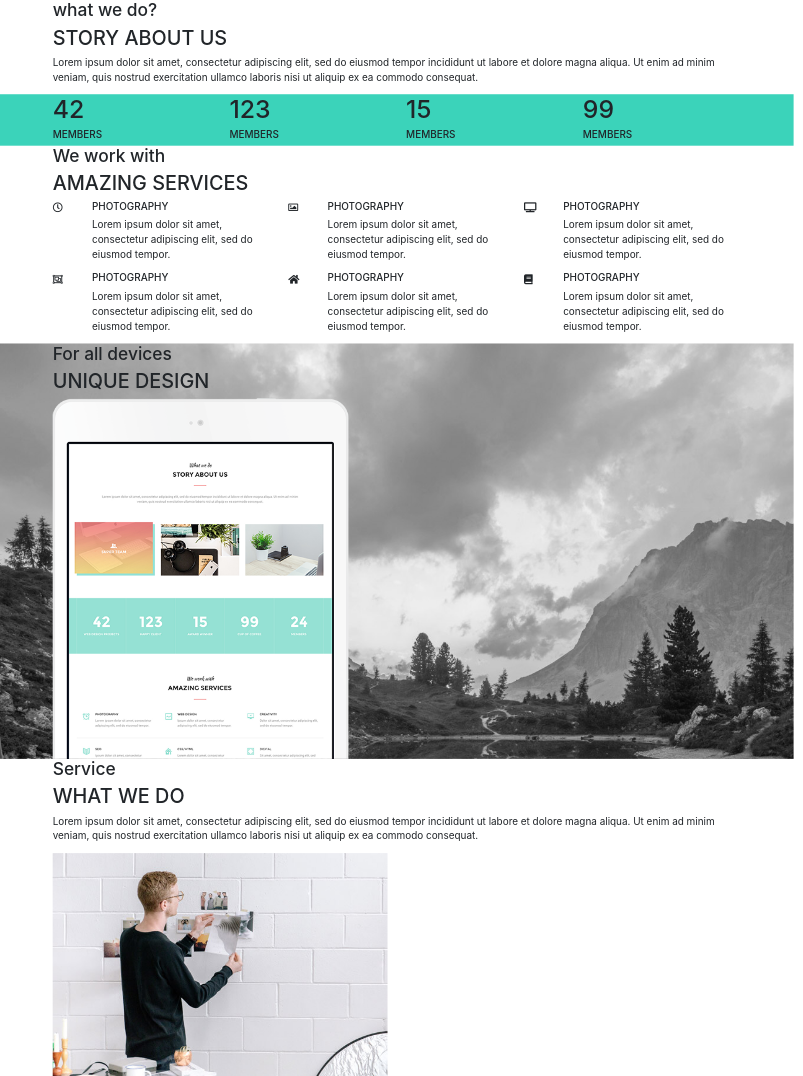
Repository: nourabdelhakam/MoGo-template
Page: index.html
An editor plug-in stored every save of this project. The page is shown before and after the next save, followed by the edit.
The browser window is 1280 px wide. The page is 1280 px wide, then 1295 px, so the pictures cover 1295 px, including what lies to the right of the window. The pictures show the whole page, at 62% of full size.
Some web libraries are served in a nearby version. The style sheet was rebuilt from its Sass, Less or Tailwind sources for each picture, by a compiler version that may differ from the author's.

Above is the page before, as saved 2021-02-21 19:45:52.

After the next save:
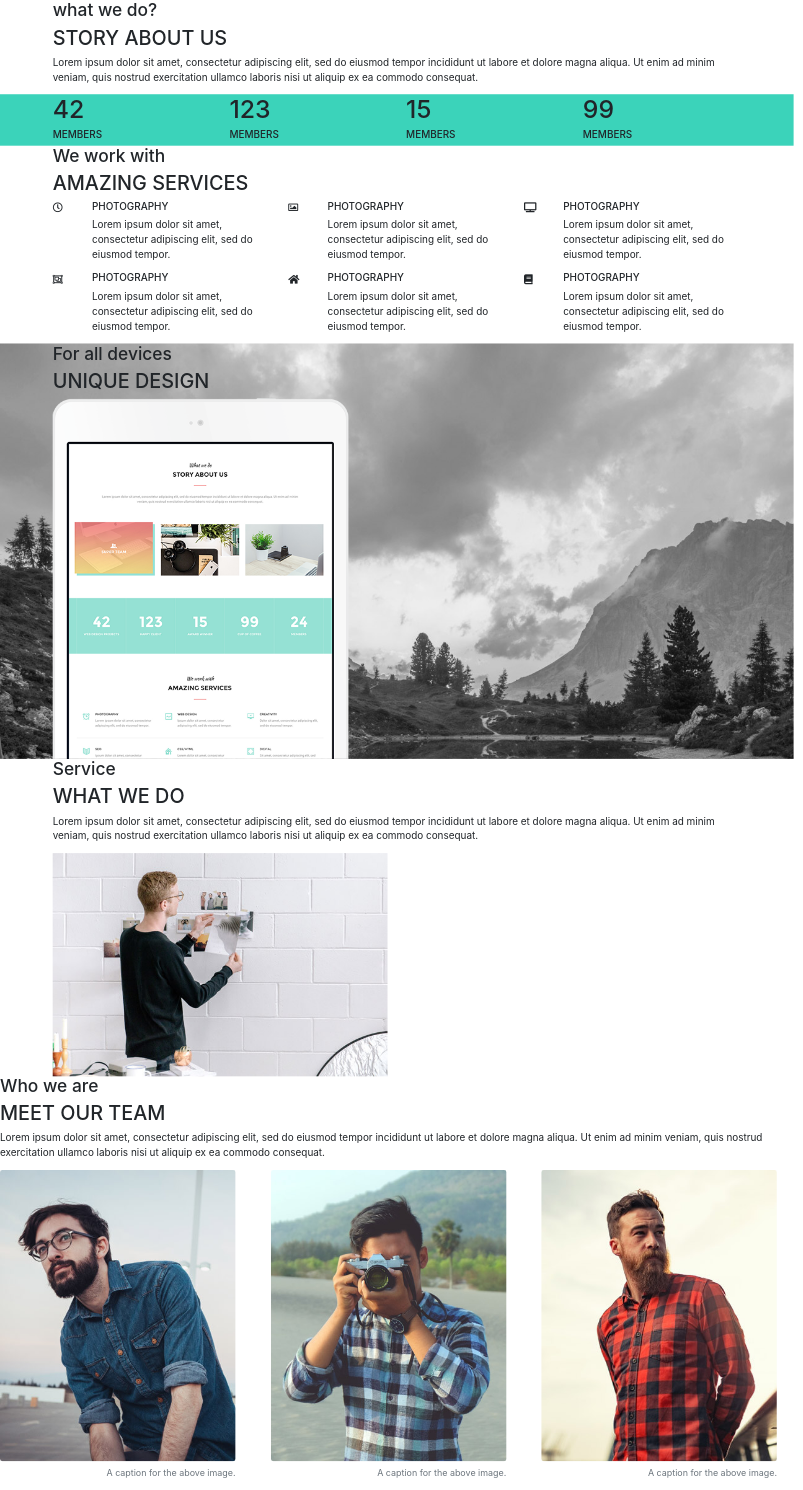
Saved 11 min 6 s later.
--- a/index.html
+++ b/index.html
@@ -140,8 +140,36 @@
     </section>
     <!-- END OF WHAT WE DO --------------------------------------------------->
 
+    <!-- jone doe -->
+    <!-- jone doe -->
 
-   <!-----------------------.------------------------------------------- -- -->
+
+    <!-- Who we are -->
+    <h3>Who we are</h3>
+    <h2>MEET OUR TEAM</h2>
+    <p>Lorem ipsum dolor sit amet, consectetur adipiscing elit, sed do eiusmod tempor incididunt ut labore et dolore magna aliqua. Ut enim ad minim veniam, quis nostrud exercitation ullamco laboris nisi ut aliquip ex ea commodo consequat.</p>
+    <div class="row">
+        <div class="col-xl-4 col-md-4 col-sm-12 col-xs-12">
+            <figure class="figure">
+                <img src="./assets/img/team1.jpg" class="figure-img img-fluid rounded" alt="...">
+                <figcaption class="figure-caption text-right">A caption for the above image.</figcaption>
+            </figure>
+        </div>
+        <div class="col-xl-4 col-md-4 col-sm-12 col-xs-12">
+            <figure class="figure">
+                <img src="./assets/img/team2.jpg" class="figure-img img-fluid rounded" alt="...">
+                <figcaption class="figure-caption text-right">A caption for the above image.</figcaption>
+            </figure>
+        </div>
+        <div class="col-xl-4 col-md-4 col-sm-12 col-xs-12">
+            <figure class="figure">
+                <img src="./assets/img/team3.jpg" class="figure-img img-fluid rounded" alt="...">
+                <figcaption class="figure-caption text-right">A caption for the above image.</figcaption>
+            </figure>
+        </div>
+    </div>
+    <!-- Who we are -->
+   <!----------------------.------------------------------------------- -- -->
    <script src="js/jquery-3.5.1.slim.min.js"></script>
    <script src="js/popper.min.js"></script>
 
